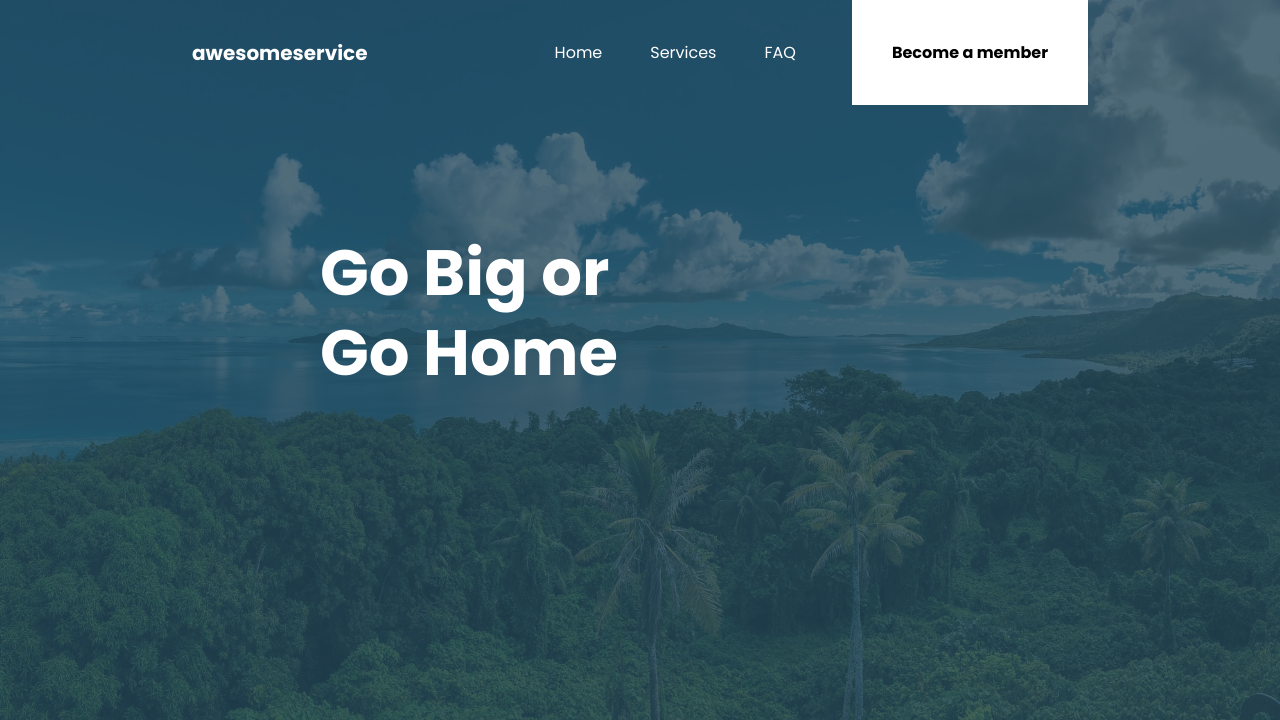
Repository: Hyperion72R/Animated-Navigation
Page: index.html
The author's editor kept a copy of each file at every save. The page is drawn from the files as they stood at one save, then again after the next save.
The browser window is 1280 px wide. The pictures show the whole page.
The style sheet was rebuilt from its Sass, Less or Tailwind sources for each picture, by a compiler version that may differ from the author's.

Above is the page before, as saved 2021-08-22 14:24:46.

After the next save:
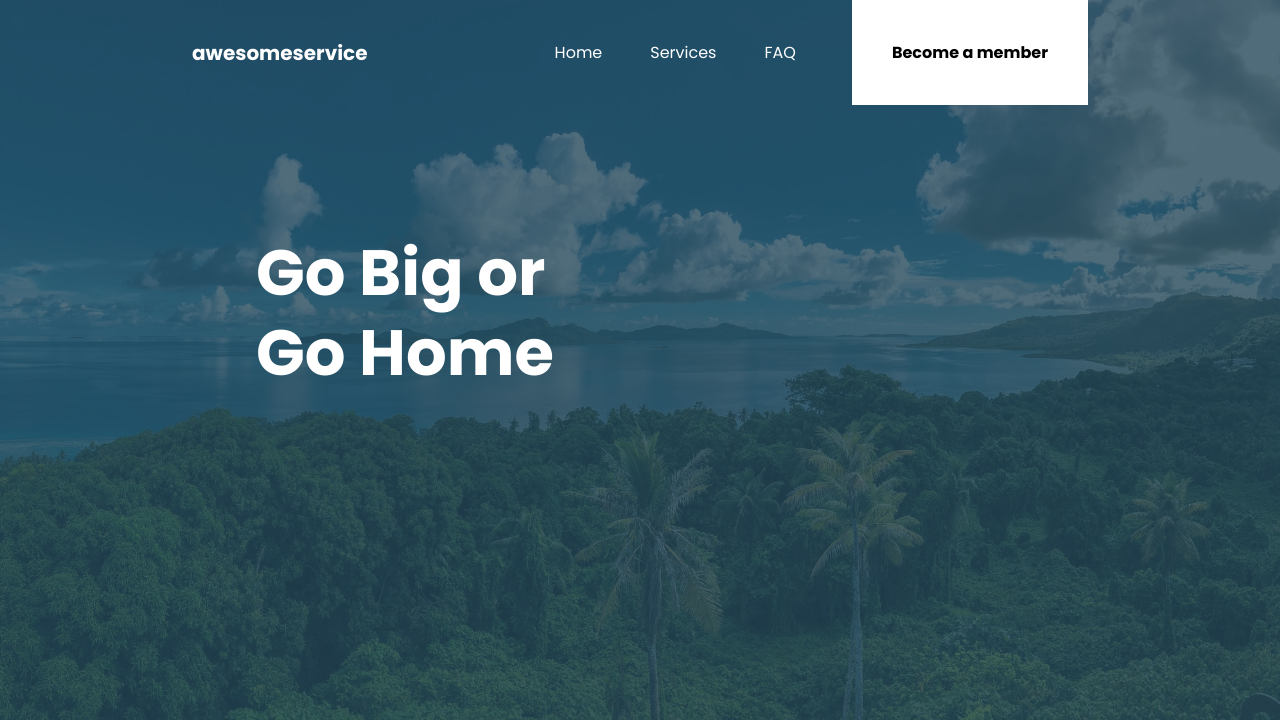
Saved 8 s later.
--- a/css/main.scss
+++ b/css/main.scss
@@ -100,7 +100,8 @@ h1 {
   font-size: 4rem;
   width: 40%;
   line-height: 5rem;
-  margin-left: 2em;
+  margin-left: 1em;
+  // margin-left: 2em;
   // margin-top: 2.8em;
   margin-top: 2em;
 }
